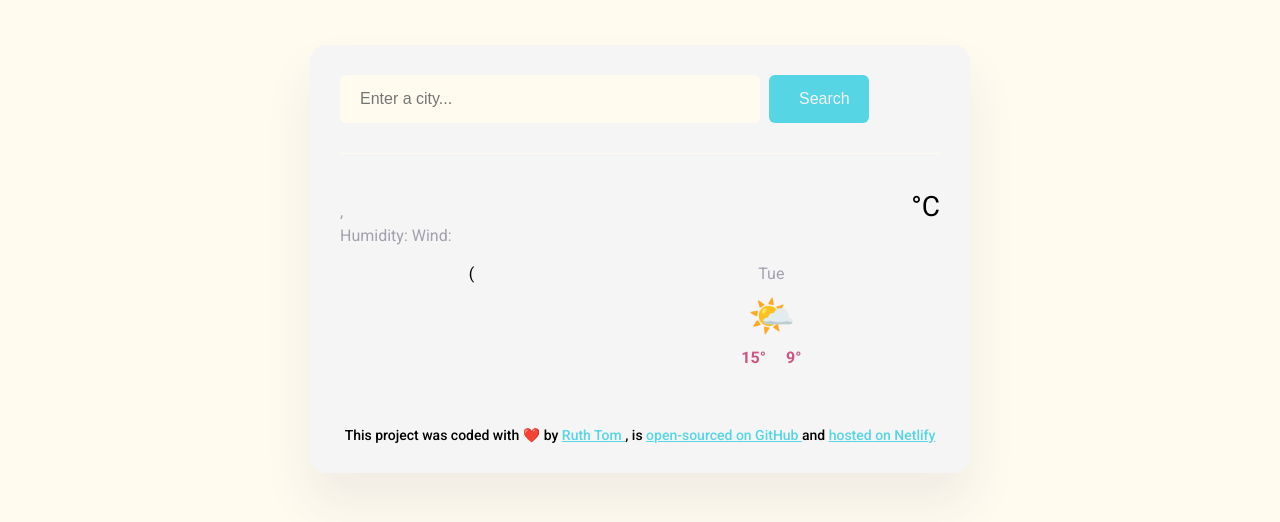
Repository: RuthTom711/Weatherly-App
Page: index.html
The author's editor kept a copy of each file at every save. The page is drawn from the files as they stood at one save, then again after the next save.
The browser window is 1280 px wide. The pictures show the whole page.
The page's requests for data from a server got no answer. Some web libraries are served in a nearby version.

Above is the page before, as saved 2025-11-13 20:35:51.
Console error (its wording comes from the project's code and is left out).

After the next save:
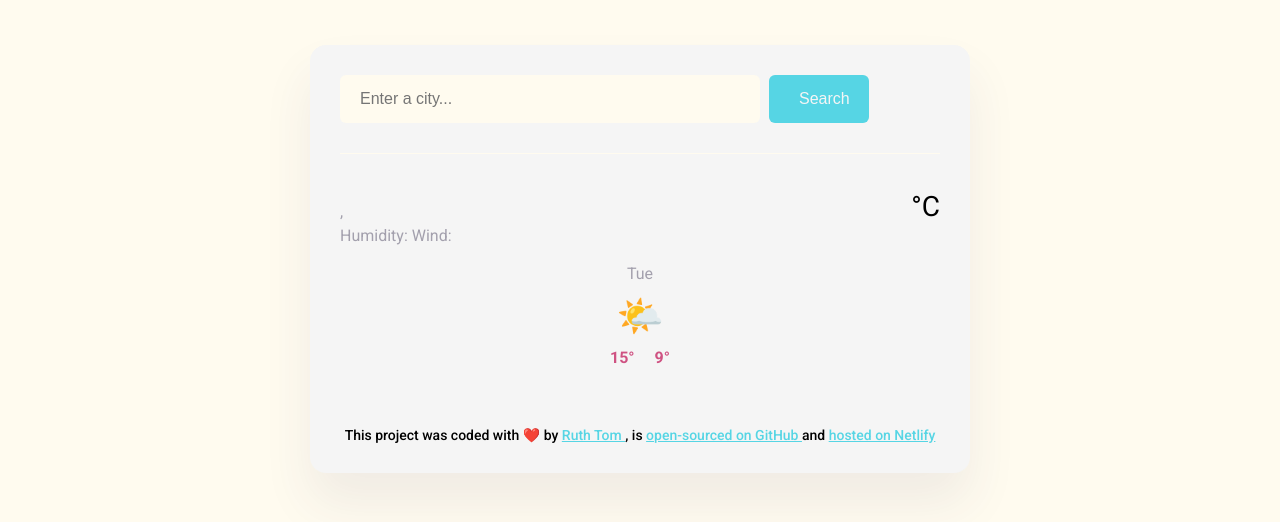
Saved 8 s later.
--- a/src/index.js
+++ b/src/index.js
@@ -63,7 +63,7 @@ searchFormElement.addEventListener("submit", handleSearchSubmit);
 searchCity("Cape Town");
 
 let forecast = document.querySelector("#forecast");
-forecast.innerHTML =  `(
+forecast.innerHTML =  `
      <div class="weather-forecast-day">
             <div class="weather-forecast-date">Tue</div>
             <div class="weather-forecast-icon">🌤️</div>
